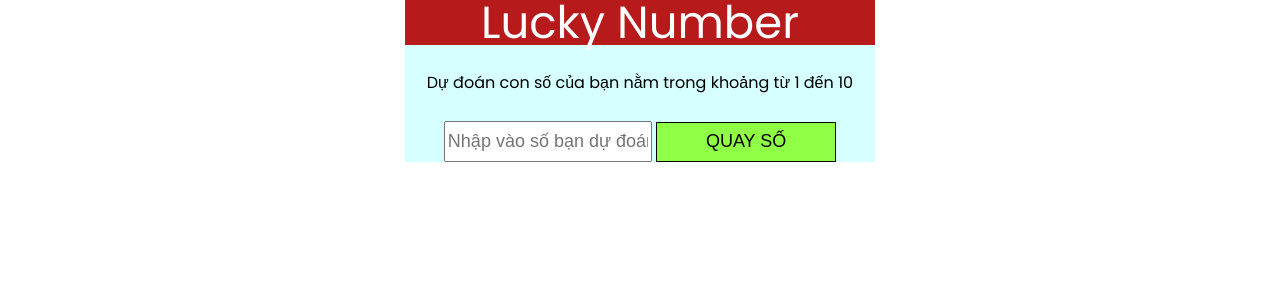
Repository: whis16720/PhuNguyen-C4EJS-D15
Page: index.html
An editor plug-in stored every save of this project. The page is shown before and after the next save, followed by the edit.
The browser window is 1280 px wide. The pictures show the whole page.
The style sheet was rebuilt from its Sass, Less or Tailwind sources for each picture, by a compiler version that may differ from the author's.

Above is the page before, as saved 2020-09-22 20:53:16.
Console error: TypeError: Cannot read properties of null (reading 'value')

### index.html
<!DOCTYPE html>
<html lang="en">
<head>
	<meta charset="UTF-8">
	<meta name="viewport" content="width=device-width, initial-scale=1.0">
	<title>Document</title>
	<link rel="stylesheet" href="style.css">
	<link rel="stylesheet" href="reset.css">
	<link href="https://fonts.googleapis.com/css2?family=Poppins:wght@200;300;400;600;700&display=swap" rel="stylesheet">
	<script src="index.js"></script>
</head>
<body>
	<div class="game">
		<h1 class="game__name">Lucky Number</h1>
		<p class="game__details">Dự đoán con số của bạn nằm trong khoảng từ 1 đến 10</p>
		<form class="game__play">
			<input id="input" type="text" placeholder="Nhập vào số bạn dự đoán" class="game__input">
			<button type="button" class="game__btn" onclick="checkNumber()">QUAY SỐ</button>
		</form>

	</div>
</body>
</html>

### index.js
const checkNumber = () => {
  let number = Math.floor(Math.random() * 10) + 1;
  var inputNumber = document.getElementById("input").value;
  var myNum = +inputNumber; //as suggested by T.J.
  if (!isNaN(myNum) || inputNumber!='') {
    if (myNum <= 10) {
      if (myNum === number) {
        alert("Chúc mừng bạn đá trúng số ^^");
      } else {
        alert("Con số may mắn là: " + number);
      }
    } else {
      if (myNum < 1) {
        alert("Vui lòng nhập số lớn hơn hoặc bằng 1");
      } else if (myNum > 10) {
        alert("Vui lòng nhập số nhỏ hơn hoặc bằng 10");
      }
    }
    document.getElementById("input").value = "";
  } else {
    alert("Không Phải Số!!! Vui Lòng Nhập Lại");
    document.getElementById("input").value = "";
  }
};
checkNumber();

### style.scss
.game {
  font-family: "Poppins", sans-serif;
  width: 470px;
  margin: auto;
  background-color: #d6ffff;
  &__name {
    text-align: center;
    font-size: 45px;
    background-color: #b71a1b;
    color: white;
    margin-bottom: 30px;
  }
  &__details {
    text-align: center;
    margin-bottom: 30px;
  }
  &__play {
    text-align: center;
  }
  &__input {
    width: 200px;
    height: 35px;
    font-size: 18px;
  }
  &__input:focus, &__input{
	  outline: none;
  }
  &__btn {
    border: 1px solid black;
    width: 180px;
    height: 40px;
	font-size: 18px;
	background-color: #8fff46;
  }
}

Loaded but not shown: reset.css (common file)

After the next save:
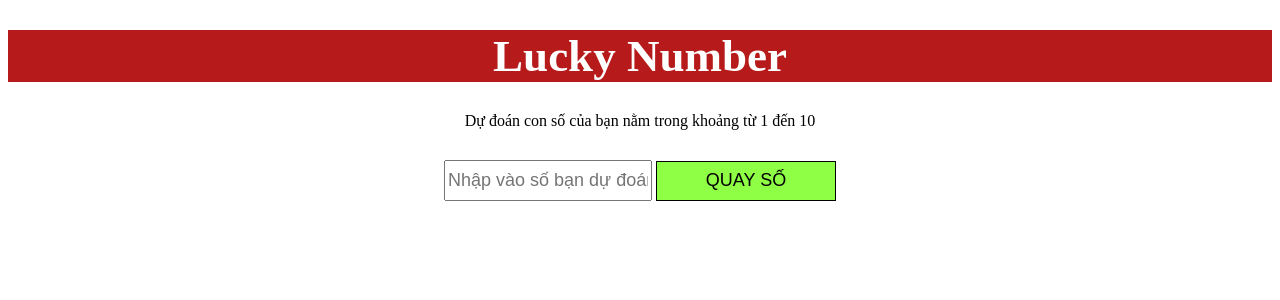
Saved 32 min 37 s later.
--- a/index.html
+++ b/index.html
@@ -5,19 +5,23 @@
 	<meta name="viewport" content="width=device-width, initial-scale=1.0">
 	<title>Document</title>
 	<link rel="stylesheet" href="style.css">
-	<link rel="stylesheet" href="reset.css">
 	<link href="https://fonts.googleapis.com/css2?family=Poppins:wght@200;300;400;600;700&display=swap" rel="stylesheet">
 	<script src="index.js"></script>
 </head>
 <body>
-	<div class="game">
-		<h1 class="game__name">Lucky Number</h1>
-		<p class="game__details">Dự đoán con số của bạn nằm trong khoảng từ 1 đến 10</p>
-		<form class="game__play">
-			<input id="input" type="text" placeholder="Nhập vào số bạn dự đoán" class="game__input">
-			<button type="button" class="game__btn" onclick="checkNumber()">QUAY SỐ</button>
-		</form>
-
+	<div class="container">
+		<div class="row">
+				<div class="col-xs-12 col-sm-12 col-md-12 col-12">
+					<h1 class="game__name">Lucky Number</h1>
+					<p class="game__details">Dự đoán con số của bạn nằm trong khoảng từ 1 đến 10</p>
+					</div>
+					<div class="col-xs-12 col-sm-12 col-md-12 col-12 text-center">
+					<form class="game__play">
+						<input id="input" type="text" placeholder="Nhập vào số bạn dự đoán" class="game__input">
+						<button type="button" class="game__btn" onclick="checkNumber()">QUAY SỐ</button>
+					</form>
+				</div>
+		</div>
 	</div>
 </body>
 </html>
